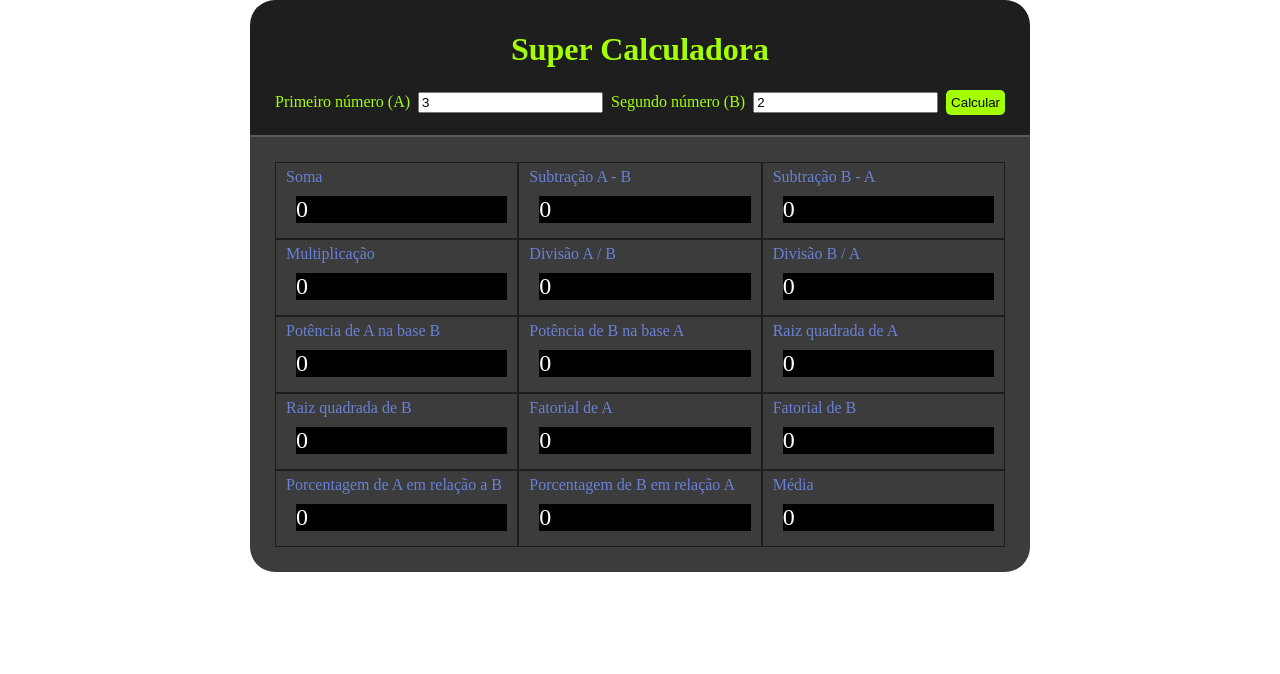
Repository: rrresck/supercalc-xpe
Page: index.html
An editor plug-in stored every save of this project. The page is shown before and after the next save, followed by the edit.
The browser window is 1280 px wide. The pictures show the whole page.

Above is the page before, as saved 2023-02-10 21:09:48.

After the next save:
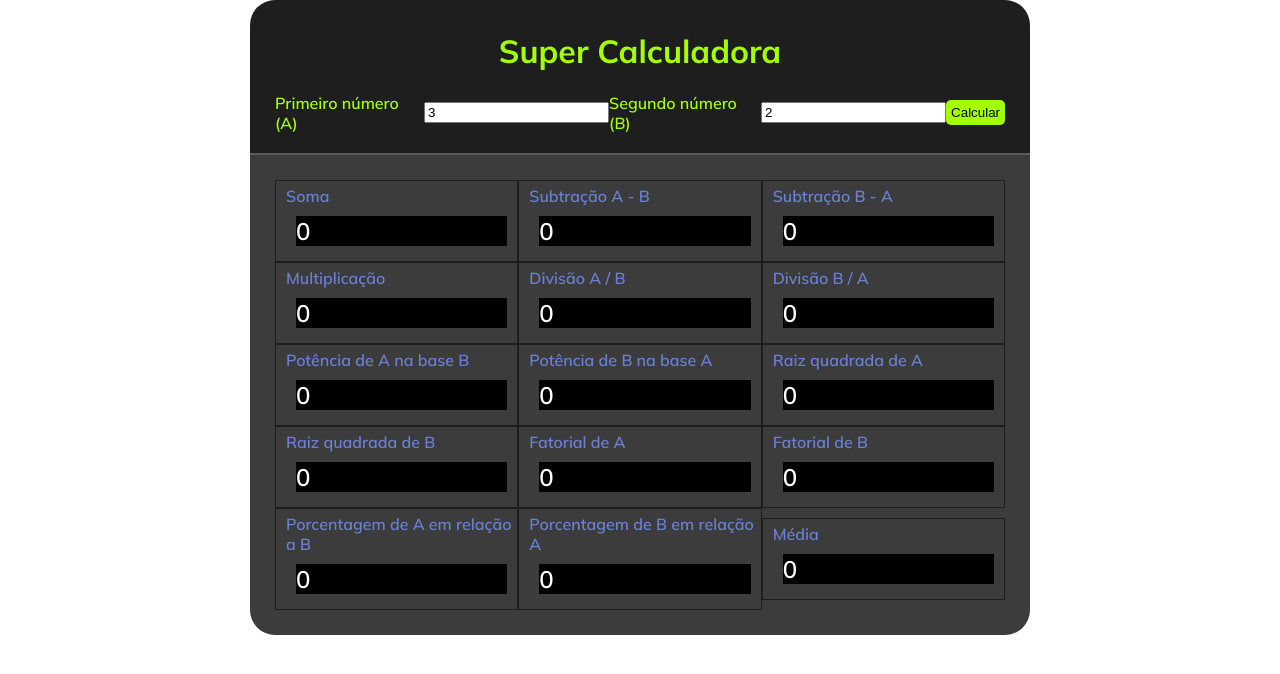
Saved 48 s later.
--- a/styles.css
+++ b/styles.css
@@ -2,6 +2,7 @@ body {
     max-width: 780px;
     margin: auto;
     border-radius: 25px;
+    font-family: 'Mulish', sans-serif;
 }
 
 header {
